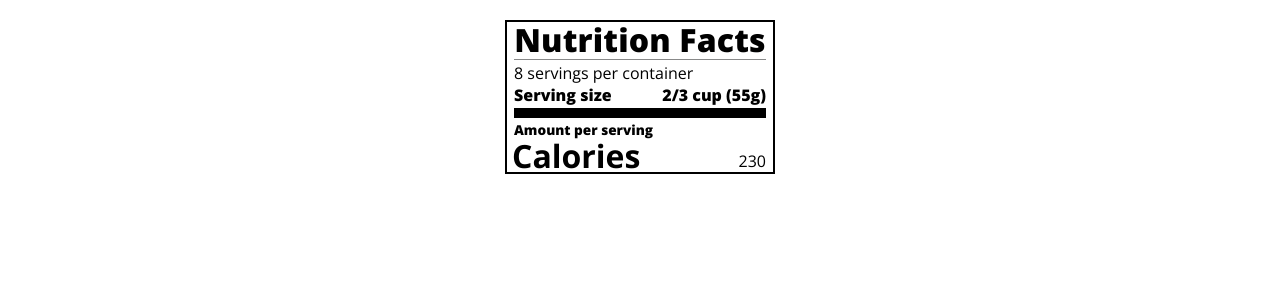
Repository: cipdanila/freeCodeCamp
Page: NutritionLabel/index.html
These files come from the project's save history. The page is drawn as it stood at one moment and after the next save; the edit follows.
The browser window is 1280 px wide. The pictures show the whole page.

Above is the page before, as saved 2023-10-09 20:02:05.

### NutritionLabel/index.html
<!DOCTYPE html>
<html lang="en">
<head>
    <meta charset="UTF-8">
    <meta name="viewport" content="width=device-width, initial-scale=1.0">
    <title>Nutrition Label</title>
    <link rel="stylesheet" href="https://fonts.googleapis.com/css?family=Open+Sans:400,700,800">
    <link rel="stylesheet" href="styles.css">
</head>
<body>
    <div class="label">
        <header>
            <h1 class="bold">Nutrition Facts</h1>
            <div class="divider"></div>
            <p>8 servings per container</p>
            <p class="bold">Serving size <span>2/3 cup (55g)</span></p>
        </header>
        <div class="divider large"></div>
        <div class="calories-info">
            <div class="left-container">
                <h2 class="bold small-text">Amount per serving</h2>
                <p>Calories</p>
            </div>
            <span>230</span>
        </div>
    </div>
</body>
</html>

### NutritionLabel/styles.css
* {
    box-sizing: border-box;
}

html {
    font-size: 16px;
}

body {
    font-family: "Open Sans", sans-serif;
}

.label {
    border: 2px solid black;
    width: 270px;
    margin: 20px auto;
    padding: 0 7px;
}

.bold {
    font-weight: 800;
}

header h1 {
    text-align: center;
    margin: -4px 0;
    letter-spacing: 0.15px;
}

p {
    margin: 0;
    display: flex;
    justify-content: space-between;
}

.divider {
    border-bottom: 1px solid #888989;
    margin: 2px 0;
}

.large {
    height: 10px;
}

.large, .medium {
    background-color: black;
    border: 0;
}

.small-text {
    font-size: 0.85rem;
}

.calories-info h2 {
    margin: 0;
}

.calories-info {
    display: flex;
    justify-content: space-between;
    align-items: flex-end;
}

.left-container p {
    margin: -5px -2px;
    font-size: 2em;
    font-weight: 700;
}

.calories-info span {

}

After the next save:
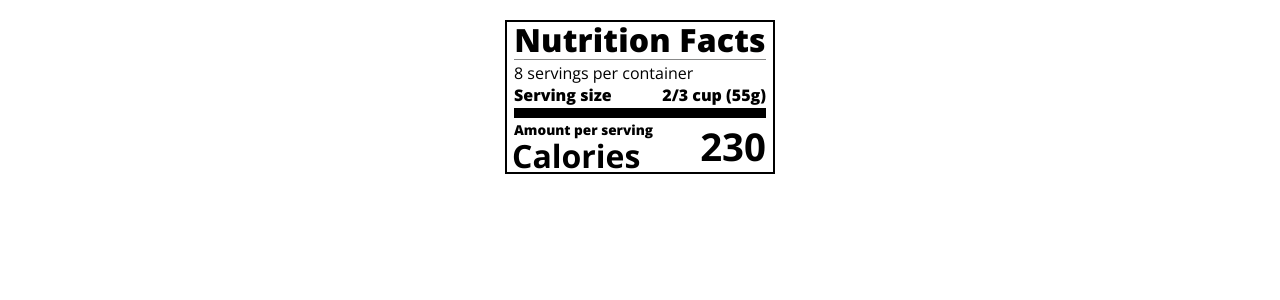
Saved 14 s later.
--- a/NutritionLabel/styles.css
+++ b/NutritionLabel/styles.css
@@ -68,5 +68,6 @@
 }
 
 .calories-info span {
-
+    font-size: 2.4em;
+    font-weight: 700;
 }
